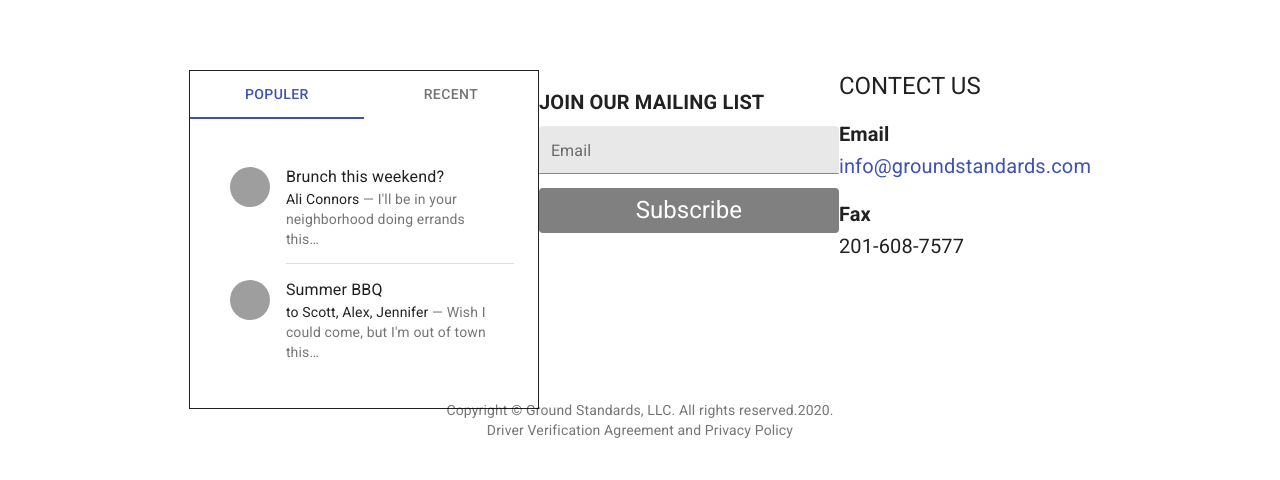
Repository: vinuvish/groundstandards_react
Page: /
An editor plug-in stored every save of this project. The page is shown before and after the next save, followed by the edit.
The browser window is 1280 px wide. The pictures show the part of the page from y = 3920 to 4480 px (the page is 4400 px tall before and 4480 px after).
Pictures or frames that could not be fetched are drawn as grey boxes. The page's requests for data from a server got no answer. The project was rebuilt for these pictures with package versions that can differ from the ones it lists, and the page was loaded fresh each time. No one was signed in, and anything a server would have sent is missing. Also part of the build but not shown: src/pages/app/NotFoundPage.tsx, src/pages/app/SignUpPage.tsx, src/pages/app/AboutPage.tsx, src/pages/app/OurSolutionPage.tsx, src/pages/app/OurPartnerPage.tsx, src/pages/app/ResourcePage.tsx, src/pages/app/PressPage.tsx, src/pages/app/BlockPage.tsx and 1 more. Imported but missing from the stored project, and not drawn on this page: src/assets/video/video-2.mp4.

Above is the page before, as saved 2020-11-28 13:27:53.

### public/index.html
<!DOCTYPE html>
<html lang="en">
  <head>
    <meta charset="utf-8" />
    <link rel="icon" href="%PUBLIC_URL%/favicon.png" />
    <meta name="viewport" content="width=device-width, initial-scale=1" />
    <meta name="theme-color" content="#000000" />
    <meta name="description" content="Web site created using create-react-app" />
    <link rel="apple-touch-icon" href="%PUBLIC_URL%/logo192.png" />
    <link rel="stylesheet" href="https://fonts.googleapis.com/css?family=Roboto:300,400,500,700&display=swap" />
    <link rel="stylesheet" href="https://fonts.googleapis.com/icon?family=Material+Icons" />
    <!--
      manifest.json provides metadata used when your web app is installed on a
      user's mobile device or desktop. See https://developers.google.com/web/fundamentals/web-app-manifest/
    -->
    <link rel="manifest" href="%PUBLIC_URL%/manifest.json" />
    <!--
      Notice the use of %PUBLIC_URL% in the tags above.
      It will be replaced with the URL of the `public` folder during the build.
      Only files inside the `public` folder can be referenced from the HTML.

      Unlike "/favicon.ico" or "favicon.ico", "%PUBLIC_URL%/favicon.ico" will
      work correctly both with client-side routing and a non-root public URL.
      Learn how to configure a non-root public URL by running `npm run build`.
    -->
    <title>Ground Standard</title>
  </head>
  <body>
    <noscript>You need to enable JavaScript to run this app.</noscript>
    <div id="root"></div>
    <!--
      This HTML file is a template.
      If you open it directly in the browser, you will see an empty page.

      You can add webfonts, meta tags, or analytics to this file.
      The build step will place the bundled scripts into the <body> tag.

      To begin the development, run `npm start` or `yarn start`.
      To create a production bundle, use `npm run build` or `yarn build`.
    -->
  </body>
</html>

### src/App.tsx
import { CssBaseline, MuiThemeProvider, StylesProvider } from '@material-ui/core';
import { SnackbarProvider } from 'notistack';
import React from 'react';
import { theme } from './app_utils/MuiTheme';
import AppRouterRoutes from './AppRoutes';
import { useAppStore } from './models_stores/appStore';

function App() {
  const streamAuthUser = useAppStore((state) => state.streamAuthUser);
  const streamProducts = useAppStore((state) => state.streamDocuments);
  const streamCategories = useAppStore((state) => state.streamNotifications);
  const streamUsers = useAppStore((state) => state.streamUsers);

  React.useEffect(() => {
    streamAuthUser();
    streamCategories();
    streamUsers();
    streamProducts();
  }, []); // eslint-disable-line

  return (
    <SnackbarProvider maxSnack={3} anchorOrigin={{ vertical: 'bottom', horizontal: 'right' }}>
      <MuiThemeProvider theme={theme}>
        <CssBaseline />
        <StylesProvider injectFirst>
          <AppRouterRoutes></AppRouterRoutes>
        </StylesProvider>
      </MuiThemeProvider>
    </SnackbarProvider>
  );
}

export default App;

### src/app_utils/MuiTheme.tsx
import { createMuiTheme } from '@material-ui/core/styles';
import { BreakpointOverrides } from '@material-ui/core/styles/createBreakpoints';
import { Shadows } from '@material-ui/core/styles/shadows';

declare module '@material-ui/core/styles/createBreakpoints' {
  interface BreakpointOverrides {
    xs: true;
    sm: true;
    md: true;
    lg: true;
    xl: true;
    tablet: true;
    laptop: true;
    desktop: true;
  }
}

export const theme = createMuiTheme({
  breakpoints: {
    values: { xs: 0, sm: 600, md: 960, lg: 1280, xl: 1920, tablet: 400, laptop: 900, desktop: 1200 }
  },

  shadows: Array(25).fill('none') as Shadows,

  props: {
    MuiInput: { disableUnderline: true },
    MuiButton: { disableElevation: true },
    MuiButtonBase: { disableRipple: true },
    MuiPaper: { elevation: 0 },
    MuiCard: { elevation: 0 },
    MuiDivider: { color: 'white' },
    MuiOutlinedInput: {}
  },
  overrides: {
    MuiPaper: {
      root: {
        elevation: 0
      }
    },
    MuiCard: {
      root: {
        elevation: 0
      }
    },
    MuiButton: {
      root: {
        textTransform: 'capitalize'
      }
    }
  },
  palette: {
    background: {
      default: '#F2F5F7'
    }
  }
});

export const breakpoint = {
  xs: `(min-width: 0px)`,
  sm: `(min-width: 576px)`,
  md: `(min-width: 768px)`,
  lg: `(min-width: 992px)`,
  xl: `(min-width: 1200px)`
};

### src/AppRoutes.tsx
import { Container, createStyles, Grid, makeStyles, Theme } from '@material-ui/core';
import React from 'react';
import { Route, Router, Switch } from 'react-router-dom';
import ZAppBar from './components/ZAppBar';
import ZAppBarDrawer from './components/ZAppBarDrawer';
import NotFoundPage from './pages/app/NotFoundPage';
import SignUpPage from './pages/app/SignUpPage';
import history from './app_utils/History';
import AboutPage from './pages/app/AboutPage';
import OurSolutionPage from './pages/app/OurSolutionPage';
import OurPartnerPage from './pages/app/OurPartnerPage';
import ResourcePage from './pages/app/ResourcePage';
import PressPage from './pages/app/PressPage';
import BlockPage from './pages/app/BlockPage';
import ContactPage from './pages/app/ContactPage';
import AppHomePage from './pages/app/AppHomePage';
import ZNavBar from './components/ZNavBar';

const AppRouterRoutes = () => {
  const classes = useStyles();

  return (
    <Router history={history}>

      <ZNavBar />
      <Switch>{[AppRoutes]}</Switch>
    </Router>


  );
};


const AppRoutes = [
  <Route exact path='/' component={AppHomePage} />,
  <Route exact path='/aboutUs' component={AboutPage} />,
  <Route exact path='/signUp' component={SignUpPage} />,
  <Route exact path='/ourSolution' component={OurSolutionPage} />,
  <Route exact path='/ourPartner' component={OurPartnerPage} />,
  <Route exact path='/resource' component={ResourcePage} />,
  <Route exact path='/press' component={PressPage} />,
  <Route exact path='/blog' component={BlockPage} />,
  <Route exact path='/contact' component={ContactPage} />,
  <Route component={NotFoundPage} />
];

const useStyles = makeStyles((theme: Theme) =>
  createStyles({
    grid: {
      display: 'flex'
    },
    containerAuthenticated: {
      margin: 'auto',
      marginTop: 68,
      padding: 20,
      width: `calc(100% - 240px)`,
      [theme.breakpoints.down('md')]: {
        width: '100%'
      }
    },
    containerUnauthenticated: {}
  })
);

export default AppRouterRoutes;

### src/app_utils/History.tsx
import { createBrowserHistory } from 'history';
export default createBrowserHistory({});

### src/pages/app/AppHomePage.tsx

import * as React from 'react';
import { makeStyles, Theme } from '@material-ui/core/styles';
import ZHeroSection from '../../components/ZHeroSection';
import ZCards from '../../components/ZCards';
import ZFooter from '../../components/ZFooter';

interface Props { }

const AppHomePage: React.FC<Props> = () => {
    const classes = useStyles();
    return (
        <>
            <ZHeroSection />
            <ZCards />
            <ZFooter />
        </>
    )
};

const useStyles = makeStyles((theme: Theme) => ({
    root: {}
}));

AppHomePage.defaultProps = {};

export default AppHomePage;

### src/firebase/firebase.tsx
import firebase from 'firebase/app';
import 'firebase/firestore';
import 'firebase/auth';
import 'firebase/storage';

const firebaseConfig = {
  apiKey: 'AIzaSyBWf1JYtcld5rEhou2YyANxAtl20AylP80',
  authDomain: 'groundstandards-8a1dd.firebaseapp.com',
  databaseURL: 'https://groundstandards-8a1dd.firebaseio.com',
  projectId: 'groundstandards-8a1dd',
  storageBucket: 'groundstandards-8a1dd.appspot.com',
  messagingSenderId: '137110708999',
  appId: '1:137110708999:web:ab0b42be7878425a805ba2',
  measurementId: 'G-V8H0LZB9DH'
};

if (!firebase.apps.length) firebase.initializeApp(firebaseConfig);

const firestore = firebase.firestore();
const auth = firebase.auth();

export { firebase as fireFirebase, firestore as fireFirestore, auth as fireAuth };

### src/models/AuthUserModel.ts
export class AuthUser implements IAuthUser {
  email: string;
  firstName: string;
  id: string;
  lastName: string;
  isActive: boolean;
  isAdmin: boolean;
  timestampAdded: Date;
  timestampLastLogin: Date;

  constructor(x: IAuthUser) {
    this.email = x.email;
    this.firstName = x.firstName;
    this.id = x.id;
    this.lastName = x.lastName;
    this.isActive = x.isActive;
    this.isAdmin = x.isAdmin;
    this.timestampAdded = x.timestampAdded;
    this.timestampLastLogin = x.timestampLastLogin;
  }

  static fromFirestore(doc: firebase.firestore.DocumentSnapshot<firebase.firestore.DocumentData>): AuthUser | null {
    const data = doc.data();
    if (!data) return null;

    return new AuthUser({
      email: data['email'] ?? '',
      firstName: data['firstName'] ?? '',
      id: doc.id,
      lastName: data['lastName'] ?? '',
      isActive: data['isActive'] ?? true,
      isAdmin: data['isAdmin'] ?? false,
      timestampAdded: data['timestampAdded']?.toDate() ?? new Date(),
      timestampLastLogin: data['timestampLastLogin']?.toDate() ?? new Date()
    });
  }

  getFullName(): string {
    return `${this.firstName} ${this.lastName}`;
  }
}

interface IAuthUser {
  email: string;
  firstName: string;
  id: string;
  lastName: string;
  isActive: boolean;
  isAdmin: boolean;
  timestampAdded: Date;
  timestampLastLogin: Date;
}
export interface IAuthUserRegister {
  email: string;
  firstName: string;
  lastName: string;
  password: string;
  isAdmin: boolean;
}

export interface IAuthUserUpdate {
  id: string;
  firstName: string;
  lastName: string;
  isActive: boolean;
  isAdmin: boolean;
}

### src/models/NotificationModel.ts
export class NotificationModel implements IEventModel {
  body: string;
  title: string;
  linkUrl: string;
  id: string;
  timestampAdded: Date;

  constructor(x: IEventModel) {
    {
      this.id = x.id;
      this.linkUrl = x.linkUrl;
      this.body = x.body;
      this.timestampAdded = x.timestampAdded;
      this.title = x.title;
    }
  }

  static fromFirestore(doc: firebase.firestore.DocumentSnapshot<firebase.firestore.DocumentData>): NotificationModel | null {
    const data = doc.data();
    if (!data) return null;
    return new NotificationModel({
      body: data['body'] ?? '',
      id: doc.id,
      linkUrl: data['linkUrl'] ?? '',
      timestampAdded: data['timestampAdded']?.toDate() ?? Date.now(),
      title: data['title'] ?? ''
    });
  }
}

interface IEventModel {
  body: string;
  title: string;
  linkUrl: string;
  id: string;
  timestampAdded: Date;
}

### src/components/ZHeroSection.tsx
import { createStyles, makeStyles, Theme } from '@material-ui/core';
import React from 'react';
function ZHeroSection() {
  const classes = useStyles();

  return (
    <div className={classes.heroContainer}>
      <video className={classes.video} src={require('../assets/video/video-2.mp4')} autoPlay loop muted />
      <h1>RIDE WITH CONFIDENCE </h1>
      <p>Delivering Certification and Audit Standards
to the Ground Transportation Industry</p>

    </div >
  );
}

export default ZHeroSection;

const useStyles = makeStyles((theme: Theme) =>
  createStyles({
    video: {
      objectFit: 'cover',
      width: '100vw',
      height: '100%',
      position: 'fixed',
      zIndex: -'1'
    },
    heroContainer: {
      width: '100vw',
      height: '100vh',
      display: 'flex',
      flexDirection: 'column',
      justifyContent: 'center',
      alignItems: 'center',
      boxShadow: 'inset 0 0 0 1000px rgba(0, 0, 0, 0.2)',
      objectFit: 'contain',
      fontSize: '30px',
      color: 'white'

    },

  })
);

### src/components/ZFooter.tsx
import { Tabs, Tab, Box, Container, Grid, Link, makeStyles, Typography, Button } from '@material-ui/core';
import { useSnackbar } from 'notistack';
import React from 'react';
import { useForm } from 'react-hook-form';
import ZTextFormField from './ZTextFromField';
import ZTabPanel from './ZTabPanal';
import ZListCard from './ZListCard';


export default function ZFooter() {
    const classes = useStyles();
    const [value, setValue] = React.useState(0);
    const { handleSubmit, errors, control, getValues } = useForm<FormData>({ mode: 'onSubmit', reValidateMode: 'onChange' });
    const { enqueueSnackbar } = useSnackbar();
    const handleChange = (event: React.ChangeEvent<{}>, newValue: number) => {
        setValue(newValue);
    };

    const handleChangeIndex = (index: number) => {
        setValue(index);
    };
    type FormData = {
        email: string;
    };

    const onSubmit = handleSubmit(async (data: FormData) => {
        console.log('from', data);
        try {

            enqueueSnackbar('Email sent');
        } catch (error) {
            console.log(error);
            enqueueSnackbar(error.message);
        }
    });
    function a11yProps(index: any) {
        return {
            id: `full-width-tab-${index}`,
            'aria-controls': `full-width-tabpanel-${index}`,
        };
    }
    return (
        <footer className={classes.footer}>
            <Container maxWidth="lg">
                <Grid container direction='row' className={classes.grid} >
                    <Grid item xs={12}>
                        <Grid container justify="center" alignContent="space-between" spacing={5}>
                            <div className={classes.tab}>
                                <Box border={1}>
                                    <Tabs value={value}
                                        onChange={handleChange}
                                        indicatorColor="primary"
                                        textColor="primary"
                                        variant="fullWidth"
                                        aria-label="full width tabs example">
                                        <Tab label="Populer" {...a11yProps(0)} />
                                        <Tab label="Recent" {...a11yProps(1)} />
                                    </Tabs>
                                    <ZTabPanel value={value} index={0}>
                                        <ZListCard />
                                    </ZTabPanel>
                                    <ZTabPanel value={value} index={1}>
                                        <ZListCard />
                                    </ZTabPanel>
                                </Box>

                            </div>
                            <div className={classes.emailSubscription}>
                                <Typography variant='h6' >
                                    <Box fontWeight={900} paddingTop={2}>
                                        JOIN OUR MAILING LIST</Box>
                                </Typography>

                                <ZTextFormField
                                    variant='filled'
                                    defaultValue={getValues().email}
                                    error={errors.email}
                                    rules={{ required: 'Invalid email address', pattern: { value: /^[A-Z0-9._%+-]+@[A-Z0-9.-]+\.[A-Z]{2,}$/i, message: 'Invalid email address' } }}
                                    label='Email'
                                    name='email'
                                    control={control}
                                />
                                <Button type='submit' className={classes.submitButton} onClick={onSubmit} fullWidth variant='contained' color='primary' size='large'>
                                    <Typography variant='h5' >
                                        Subscribe
                       </Typography>
                                </Button>
                            </div>
                            <div >
                                <Typography variant='h5' >
                                    CONTECT US
                       </Typography>
                                <Typography variant='h6' >
                                    <Box fontWeight={900} paddingTop={2}>
                                        Email</Box>
                                </Typography>
                                <Link href="#" >
                                    <Typography variant='h6' >
                                        <Box fontWeight={400} >
                                            info@groundstandards.com

                                </Box>
                                    </Typography>
                                </Link>
                                <Typography variant='h6' >
                                    <Box fontWeight={900} paddingTop={2}>
                                        Fax</Box>
                                </Typography>

                                <Typography variant='h6' >
                                    <Box fontWeight={400} >
                                        201-608-7577
                                </Box>
                                </Typography>
                            </div>
                        </Grid>
                    </Grid>
                </Grid>


                <Typography variant="body2" color="textSecondary" align="center">
                    {'Copyright © '}
                    <Link color="inherit" href="https://material-ui.com/">
                        Ground Standards, LLC. All rights reserved.
                    </Link>
                    {new Date().getFullYear()}
                    {'.'}
                </Typography>
                <Typography variant="body2" color="textSecondary" align="center">
                    Driver Verification Agreement and Privacy Policy
                </Typography>
            </Container>
        </footer >

    );

}
const useStyles = makeStyles((theme) => ({
    footer: {
        backgroundColor: theme.palette.background.paper,
        padding: theme.spacing(5, 0),
        flex: 1,
        justifyContent: 'center',
        alignItems: 'center',
        position: 'relative',
        width: '100vW'
    },
    tab: {
        width: 350,
        height: 300,
        border: 1,
        variant: "scrollable"
    },
    emailSubscription: {
        width: 300,
    },
    submitButton: {
        height: '45px',
        background: 'grey',
        margin: '10px 0px'
    }, grid: {
        padding: '50px',
        justifyContent: 'center',
        alignItems: 'center',
    },
}));

### src/components/ZCardItem.tsx
import { Box, createStyles, makeStyles, Theme } from '@material-ui/core';
import Button from '@material-ui/core/Button';
import Card from '@material-ui/core/Card';
import CardActions from '@material-ui/core/CardActions';
import CardContent from '@material-ui/core/CardContent';
import Typography from '@material-ui/core/Typography';


import React from 'react';


interface Props {
    title: string,
    body: string,
    path: string,
    height?: string;
}


const ZCardItem: React.FC<Props> = ({ title, body, path, height }) => {
    const classes = useStyles();
    return (
        <Box border={1} color="white" borderRadius={0}>
            <Card className={classes.card} variant="outlined"  >
                <CardContent>
                    <Typography className={classes.title} color="textSecondary" gutterBottom>
                        {title}
                    </Typography>

                    <Typography className={classes.body} color="textSecondary">
                        {body}
                    </Typography>

                </CardContent>
                <CardActions className={classes.button}>
                    <Button size="large" variant='contained' color='primary' >Learn More</Button>
                </CardActions>
            </Card>
        </Box>
    );
}
ZCardItem.defaultProps = {};

export default ZCardItem;

const useStyles = makeStyles((theme: Theme) =>
    createStyles({

        card: {
            minWidth: 275,
            minHeight: 200,
            width: '350px',
            paddingTop: '20px',
            background: 'black'

        },

        title: {
            fontSize: 25,
            textAlign: 'center',
            fontWeight: 900,
            color: 'white'
        },
        body: {
            marginBottom: 5,
            marginTop: '20px',
            padding: 10,
            fontSize: 16,
            color: '#A8A8A8',
            fontWeight: 300,
            letterSpacing: 1
        },
        button: { justifyContent: 'center', marginBottom: 20, }
    })

);

### src/components/ZTextFromField.tsx
import * as React from 'react';
import { makeStyles, TextField, Theme } from '@material-ui/core';
import { Controller, FieldError, Control } from 'react-hook-form';

interface Props {
  label: string;
  defaultValue?: string;
  className?: string;
  control: Control;
  error?: FieldError | undefined;
  name: string;
  rules?: any;
  rows?: number;
  type?: string;
  disabled?: boolean;
  variant?: 'standard' | 'filled' | 'outlined' | undefined;
}

const ZTextFormField: React.FC<Props> = ({ label, defaultValue, className, control, name, rules, rows, type, variant, error, disabled }) => {
  const classes = useStyles();
  return (
    <div key={name} className={className}>
      <Controller
        key={name}
        as={
          <TextField
            InputProps={{
              classes: { root: classes.root }
            }}
            disabled={disabled ?? false}
            name={name}
            error={error?.message ? true : false}
            helperText={error?.message ? error.message : undefined}
            fullWidth
            margin='dense'
            multiline={type ? false : true}
            rows={type ? undefined : rows}
            type={type}
            variant={(variant ?? 'outlined') as any}
          />
        }
        rules={rules ?? { required: 'This field is required' }}
        autoComplete='false'
        label={label}
        name={name}
        control={control}
        defaultValue={defaultValue ?? ''}
      />
    </div>
  );
};

const useStyles = makeStyles((theme: Theme) => ({
  root: {
    borderRadius: '4px'
  }
}));

ZTextFormField.defaultProps = {};

export default ZTextFormField;

// rules={register({
//             required: true,
//             pattern: {
//               value: /^[A-Z0-9._%+-]+@[A-Z0-9.-]+\.[A-Z]{2,}$/i,
//               message: 'Invalid email address',
//             },
//           })}

### src/components/ZTabPanal.tsx
import { Box, Typography } from '@material-ui/core';
import React from 'react';


interface Props {
    children?: React.ReactNode;
    dir?: string;
    index: any;
    value: any;
}

const ZTabPanal: React.FC<Props> = ({ children, value, index, ...other }) => {

    return (
        <Box borderTop={0} >
            <div
                role="tabpanel"
                hidden={value !== index}
                id={`full-width-tabpanel-${index}`}
                aria-labelledby={`full-width-tab-${index}`}
                {...other}>
                {value === index && (
                    <Box p={3}>
                        <Typography>{children}</Typography>
                    </Box>
                )}

            </div>
        </Box>
    );


}

ZTabPanal.defaultProps = {};

export default ZTabPanal;

Loaded but not shown: src/index.tsx (common file); src/styles/index.css (common file); src/components/ZCards.tsx (200 lines, source omitted); src/models/DocumentModel.ts (144 lines, source omitted); src/models_stores/appStore.ts (105 lines, source omitted); src/components/ZNavBar.tsx (134 lines, source omitted); src/components/ZListCard.tsx (88 lines, source omitted)

After the next save:
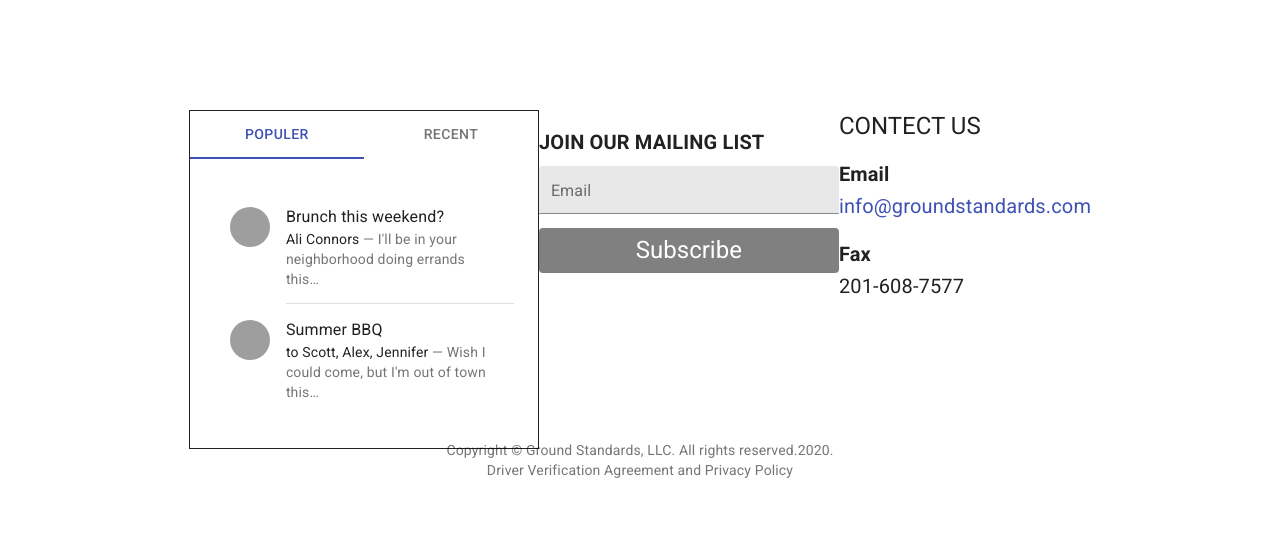
Saved 5 s later.
--- a/src/components/ZFooter.tsx
+++ b/src/components/ZFooter.tsx
@@ -138,7 +138,7 @@ export default function ZFooter() {
 const useStyles = makeStyles((theme) => ({
     footer: {
         backgroundColor: theme.palette.background.paper,
-        padding: theme.spacing(5, 0),
+        padding: theme.spacing(10, 0),
         flex: 1,
         justifyContent: 'center',
         alignItems: 'center',
